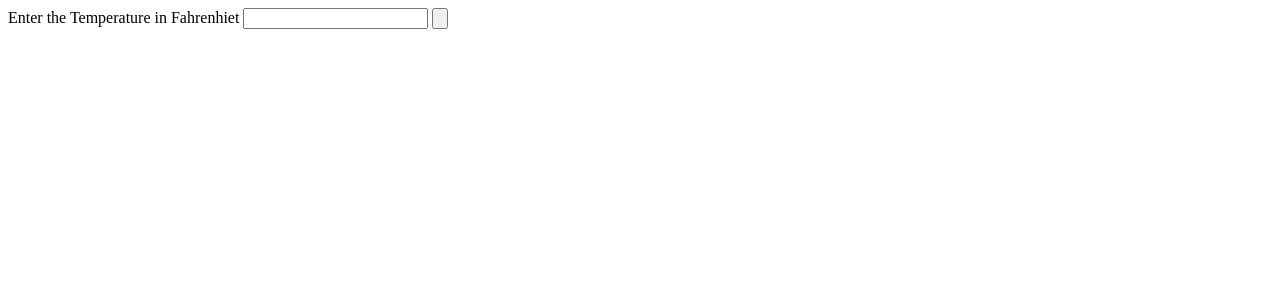
Repository: parthp17/273-Homework1
Page: Homework1/workspace/homework1/WebContent/WEB-INF/variable.html
An editor plug-in stored every save of this project. The page is shown before and after the next save, followed by the edit.
The browser window is 1280 px wide. The pictures show the whole page.

Above is the page before, as saved 2016-09-05 17:12:03.

After the next save:
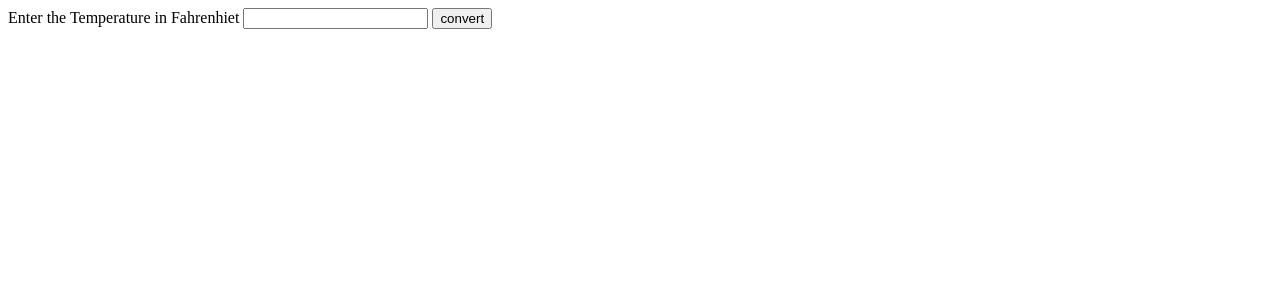
Saved 16 s later.
--- a/Homework1/workspace/homework1/WebContent/WEB-INF/variable.html
+++ b/Homework1/workspace/homework1/WebContent/WEB-INF/variable.html
@@ -9,6 +9,6 @@
 </head>
 <body>
 Enter the Temperature in Fahrenhiet <input type = "text" name = "temperature" id = "temp">
-<input type = "button">
+<input type = "button" value = "convert">
 </body>
 </html>
